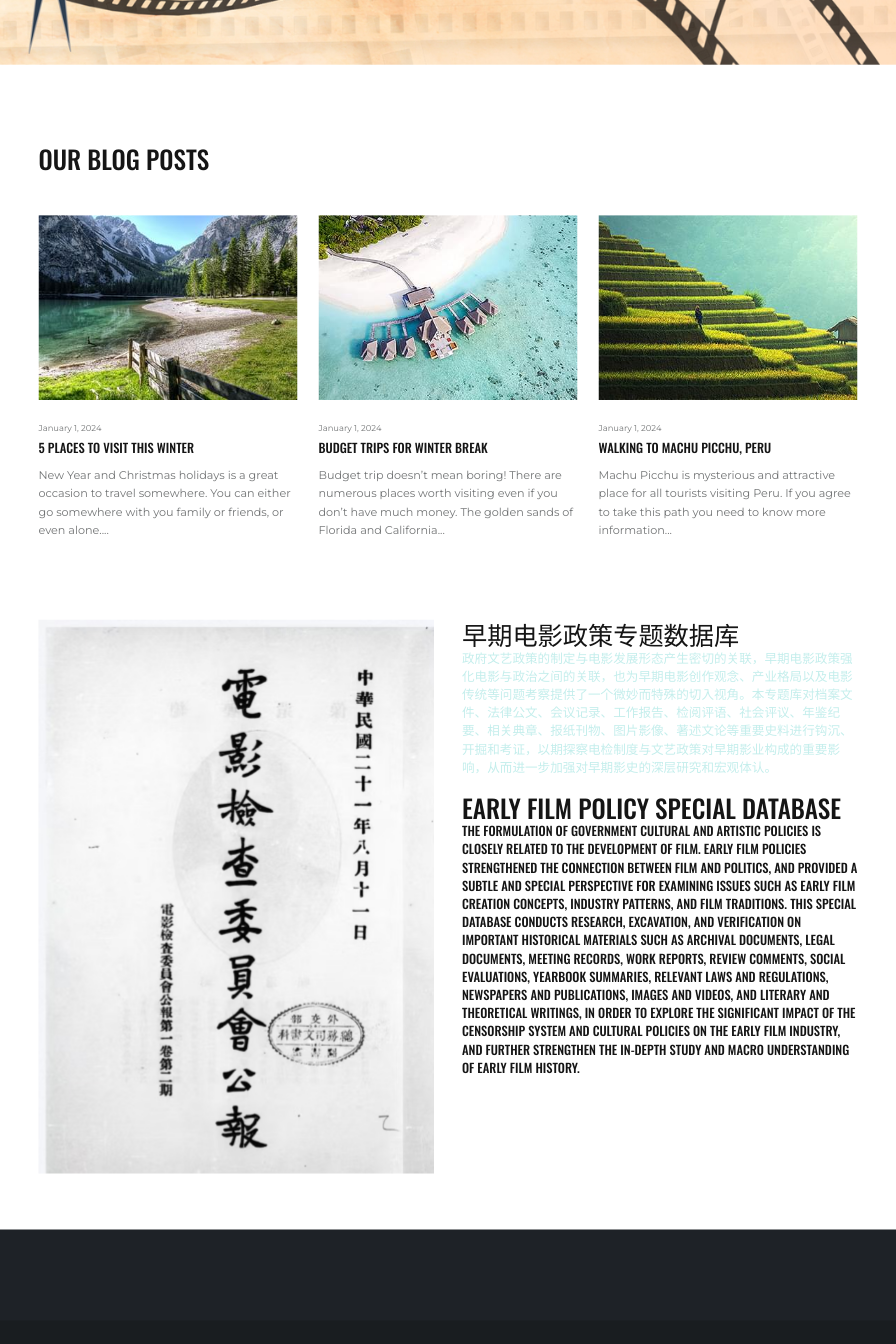
Repository: Jquarker/Modern-Film-Database
Page: index.html
An editor plug-in stored every save of this project. The page is shown before and after the next save, followed by the edit.
The browser window is 1280 px wide. The pictures show the part of the page from y = 4539 to 6459 px (the page is 6459 px tall), at 70% of full size.

Above is the page before, as saved 2025-02-21 15:58:26.

After the next save:
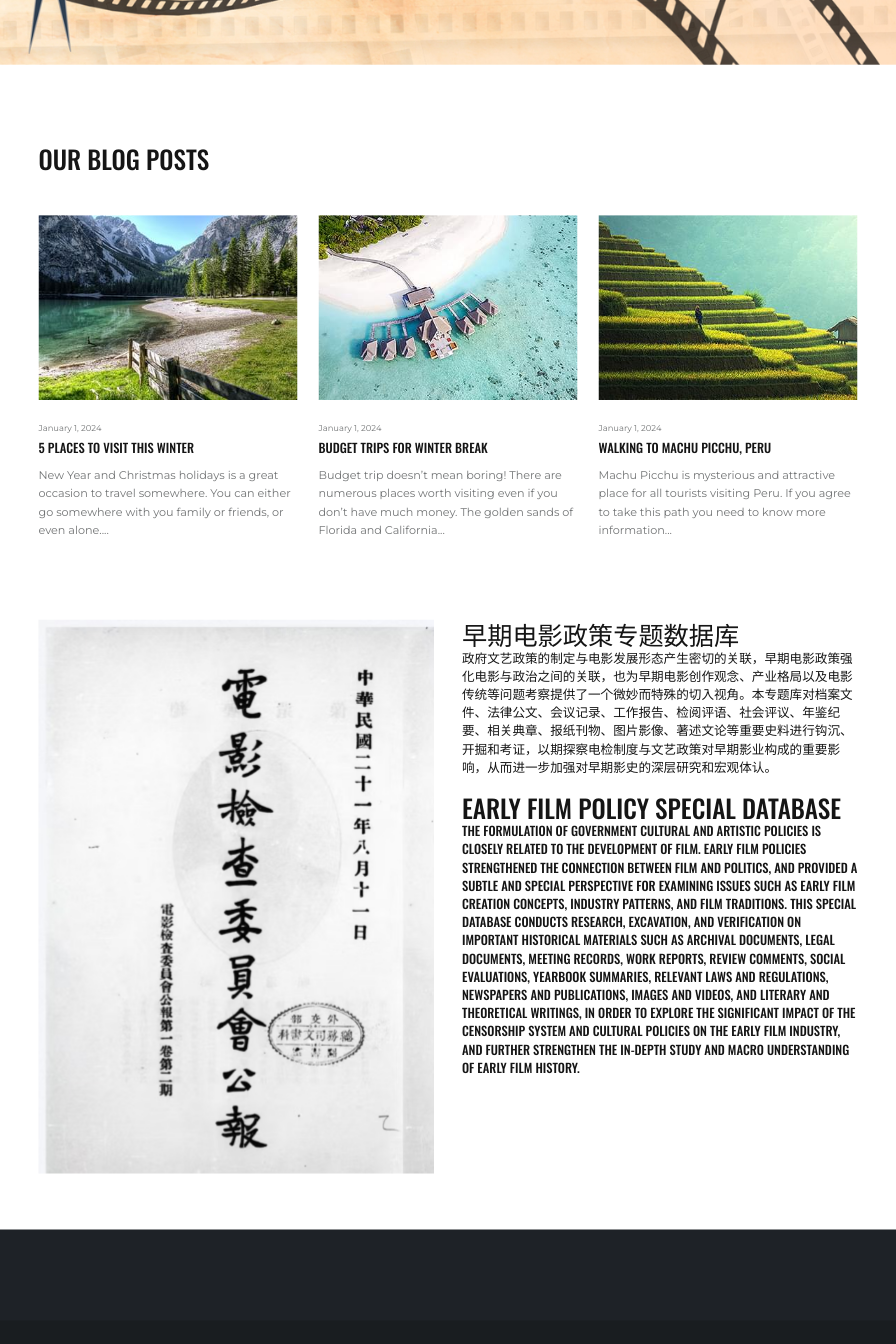
Saved 5 min 4 s later.
--- a/index.html
+++ b/index.html
@@ -328,7 +328,7 @@
             <div class="col-lg-6 wow fadeInRight" data-wow-delay=".2s">
               <div class="footer-classic_subscribe">
                 <h2 class="black-text">早期电影政策专题数据库</h2>
-                <h5 class="text-primary black-text">
+                <h5>
                   政府文艺政策的制定与电影发展形态产生密切的关联，早期电影政策强化电影与政治之间的关联，也为早期电影创作观念、产业格局以及电影传统等问题考察提供了一个微妙而特殊的切入视角。本专题库对档案文件、法律公文、会议记录、工作报告、检阅评语、社会评议、年鉴纪要、相关典章、报纸刊物、图片影像、著述文论等重要史料进行钩沉、开掘和考证，以期探察电检制度与文艺政策对早期影业构成的重要影响，从而进一步加强对早期影史的深层研究和宏观体认。
                 </h5>
                 <br>
